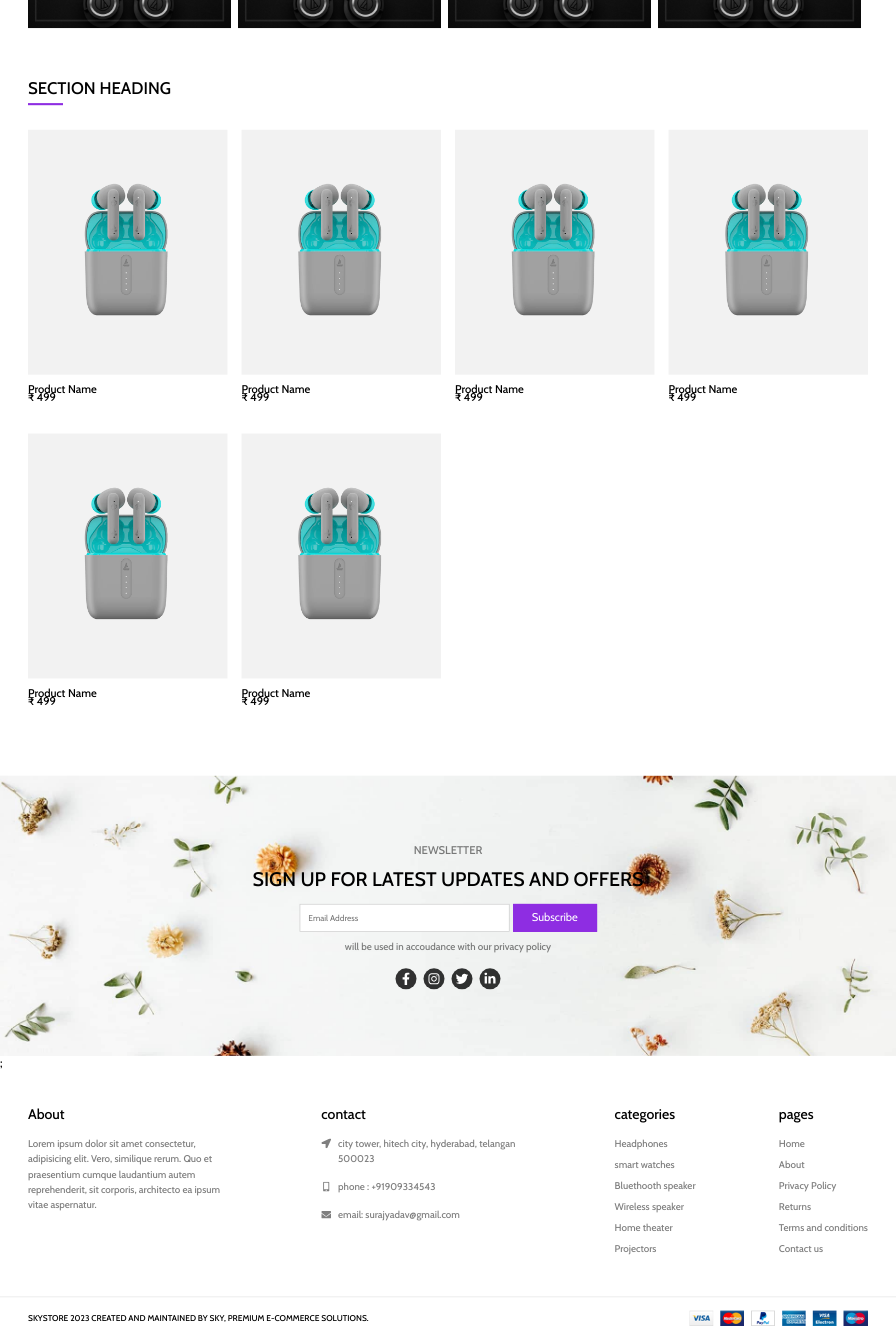
Repository: suraj-yadav7/ecommerce
Page: /
These files come from the project's save history. The page is drawn as it stood at one moment and after the next save; the edit follows.
The browser window is 1280 px wide. The pictures show the part of the page from y = 855 to 2775 px (the page is 2769 px tall before and 2775 px after), at 70% of full size.
The project was rebuilt for these pictures with package versions that can differ from the ones it lists, and the page was loaded fresh each time. Also part of the build but not shown: src/components/Category/Category.scss, src/components/Category/Category.jsx, src/components/SingleProduct/SingleProduct.scss, src/components/SingleProduct/SingleProduct.jsx, src/App.scss, src/components/Header/Search/Search.scss, src/components/Header/Search/Search.jsx, src/components/Cart/Cart.scss and 1 more.

Above is the page before, as saved 2023-06-19 12:00:44.

### src/index.jsx
import React from 'react';
import ReactDOM from 'react-dom/client';
import './index.scss';
import App from './App';
import { Provider } from 'react-redux';
import store from './store/store';

const root = ReactDOM.createRoot(document.getElementById('root'));
root.render(
<Provider store={store}>
    <App />
</Provider>
);

### src/App.jsx
import React from 'react';
import { BrowserRouter as Router, Routes, Route } from 'react-router-dom';
import Home from "./components/Home/Home"
import Category from "./components/Category/Category"
import SingleProduct from "./components/SingleProduct/SingleProduct"
import './App.scss';
import Header from './components/Header/Header';
import Footer from './components/Footer/Footer';
import Newsletter from './components/Footer/Newsletter/Newsletter';

function App() {
  return (
   <>
   <Router>
    <Header/>
    <Routes>
        <Route exact path="/" element={<Home/>} />
        <Route exact path="/category/:id" element={<Category/>} />
        <Route exact path="/product/:id" element={<SingleProduct/>} />
    </Routes>
    <Newsletter/>
    <Footer />
   </Router>
   </>
  );
}

export default App;

### src/store/store.jsx
import { configureStore } from "@reduxjs/toolkit";
import productSlice from "./slices/productSlice";


const store = configureStore({
    reducer:{
        product:productSlice
    }
})

export default store;

### src/components/Home/Home.jsx
import { useDispatch, useSelector } from "react-redux";
import "./Home.scss";
import { addElement } from "../../store/slices/productSlice";
import Banner from "./Banner/Banner";
import Category from "../Home/Category/Category";
import Products from "../Products/Products";


const Home = () => {
    const dispatch = useDispatch()
    const data = useSelector((state) => state.product.data)
    return (
        <>
            <div className="home">
                <Banner />
                <div className="main-content">
                    <div className="layout">
                        <Category />
                        <Products />
                    </div>
                </div>
            </div>
        </>

    )
};

export default Home;

### src/components/Header/Header.jsx
import "./Header.scss";
import Search from "./Search/Search"
import Cart from "../Cart/Cart"
import { TbSearch } from "react-icons/tb"
import { CgShoppingCart } from "react-icons/cg"
import { AiOutlineHeart } from "react-icons/ai"
import "./Header.scss"
import { useEffect, useState } from "react";

const Header = () => {
    const [scrollVal, setScrollVal] = useState(false)
    const handleScroll = ()=>{
        const offset = window.scrollY;
        console.log(offset)
        if(offset > 200){
            setScrollVal(true)
        }
        else{
            setScrollVal(false)
        }
    }
    useEffect(()=>{
        window.addEventListener("scroll", handleScroll)
    },[])

    return (
        <>
            <header className={`main-header ${scrollVal? "sticky-header":""}`}>
                <div className="header-content">
                    <ul className="left" >
                        <li>Home</li>
                        <li>About</li>
                        <li>Categories</li>
                    </ul>
                    <div className="center"> SKY STORE</div>
                    <div className="right">
                        <TbSearch />
                        <AiOutlineHeart />
                        <span className="cart-icon">
                            <CgShoppingCart />1
                        </span>
                    </div>
                </div >
            </header >
        </>
    )
};

export default Header;

### src/components/Footer/Newsletter/Newsletter.jsx
import React from "react";
import {
    FaFacebookF,
    FaTwitter,
    FaInstagram,
    FaLinkedinIn,
} from "react-icons/fa";
import "./Newsletter.scss"

const Newsletter = () => {
    return (
    <>
        <div className="newsletter-section">
            <div className="newsletter-content">
                <span className="small-text" >Newsletter</span>
                <span className="big-text"> Sign up for latest updates and offers</span>
                <div className="form">
                    <input type="text" placeholder="Email Address" />
                    <button className="btn-sub">Subscribe</button>
                </div>
                <div className="text">will be used in accoudance with our privacy policy </div>
                <div className="social-icons">
                    <div className="icon">
                        <FaFacebookF size={18} />
                    </div>
                    <div className="icon">
                        <FaInstagram size={18} />
                    </div>
                    <div className="icon">
                        <FaTwitter size={18} />
                    </div>
                    <div className="icon">
                        <FaLinkedinIn size={18} />
                    </div>

                </div>
            </div>
        </div>;
    </>
    )
};
export default Newsletter;

### src/store/slices/productSlice.jsx
import { createSlice } from "@reduxjs/toolkit";

const productSlice = createSlice({
    name:"productSlice",
    initialState:{
        data:["lg", "sansung", "onida"],
        loading:false,
        error:null
    },

    reducers:{
        addElement:(state, action)=>{
            state.data.push(action.payload)
        },

    },

    extraReducers:{

    }


})

export default productSlice.reducer

export const {addElement}= productSlice.actions;

### src/components/Home/Home.scss
@import "../../css-config/mixins.scss";

.main-content{
    max-width: calc(100% - 20px);
    margin: 0 auto;
    @include md{
        max-width: 1200px;
    }
}

### src/components/Home/Banner/Banner.jsx
import "./Banner.scss";
import BannerImg from '../../../assets/banner-img.png'
const Banner = () => {
    return(
        <>
        <div className="hero-banner">
            <div className="content">
                <div className="text-content">
                    <h1>Sales</h1>
                    <p>Lorem ipsum dolor sit, amet consectetur adipisicing elit. Eligendi enim esse voluptas placeat voluptatem sint reiciendis. Adipisci vitae error id tempora animi dolorem? Debitis sapiente ea a facilis nostrum voluptates sint ut vitae possimus quae?</p>
                    <div className="ctas">
                        <div className="banner-cta">Read More</div>
                        <div className="banner-cta v2">Shop now</div>
                    </div>
                </div>
                <img src={BannerImg}className="banner-img" alt="banner-img"></img>
            </div>

        </div>

        </>
)
};

export default Banner;

### src/components/Home/Category/Category.jsx
import React from "react";
import cart1 from "../../../assets/category/cat-1.jpg"
import "./Category.scss";
const Category = () => {
    return (
    <>
        <div className="shop-by-category">
            <div className="categories">
                <div className="category">
                    <img src={cart1} alt=""/>
                </div>
                <div className="category">
                    <img src={cart1} alt=""/>
                </div>
                <div className="category">
                    <img src={cart1} alt=""/>
                </div>

                <div className="category">
                    <img src={cart1} alt=""/>
                </div>
            </div>

        </div>

    </>
    )
};

export default Category;

### src/components/Products/Products.jsx
import React from "react";
import Product from "./Product/Product"
import "./Products.scss";
const Products = () => {
    return (
        <>
        <div className="products-container">
            <div className="sec-heading">section heading</div>
            <div className="products">
                <Product />
                <Product />
                <Product />
                <Product />
                <Product />
                <Product />
            </div>
        </div>
        </>
        )
};

export default Products;

### src/components/Header/Header.scss
@import "../../css-config/mixins.scss";

.main-header {
    width: 100%;
    padding: 0 20px;
    background-color: #212121;
    color: white;
    border-bottom: 1px solid rgba(0, 0, 0, 0.1);
    z-index: 99;
    @include md {
        padding: 0 40px;
    }

    .header-content {
        display: flex;
        justify-content: space-between;
        align-items: center;
        height: 50px;
        max-width: 95%;
        margin: 0 auto;

        @include md {
            height: 60px;
        }

        .left {
            list-style-type: none;
            display: none;
            gap: 25px;

            @include md {
                display: flex;
            }

            li {
                font-size: 14px;
                font-weight: 600;
                text-transform: uppercase;
                cursor: pointer;
            }
        }

        •center {
            font-size: 22px;
            font-weight: 700;
            cursor: pointer;

            @include md {
                font-size: 33px;
                position: absolute;
                left: 50%;
                transform: translateX(-50%);
            }
        }

        .right {
            display: flex;
            align-items: center;
            gap: 20px;

            @include md {
                gap: 25px;
            }

            svg {
                font-size: 20px;
                cursor: pointer;

                @include md {
                    font-size: 24px;
                }
            }

            .cart-icon {
                position: relative;

                span {
                    min-width: 20px;
                    text-align: center;
                    background-color: #8e2de2;
                    padding: 2.5px;
                    position: absolute;
                    top: -5px;
                    right: -12px;
                    font-size: 12px;
                    line-height: 1;
                    border-radius: 10px;

                }
            }
        }

    }

    &.sticky-header{
        position: sticky;
        top:0;
        transform: translateY(-60);
        animation: stickyHeader 0.3s ease forwards;
    }
}

@keyframes stickyHeader{
    0%{
        transform: translateY(-60px);
    }
    100%{
        transform: translateY(0);
    }
}

### src/components/Footer/Footer.scss
@import "../../css-config/mixins.scss";

.footer {
    width: 100%;

    .footer-content {
        padding: 50px 20px;
        max-width: 1200px;
        margin: 0 auto;
        display: flex;
        flex-flow: wrap;
        gap: 20px;

        @include md {
            justify-content: space-between;
            padding: 50px 0;
        }

        .col {
            max-width: 300px;

            .title {
                margin-bottom: 20px;
                font-size: 20px;
            }

            .text {
                color: rgb(0, 0, 0, 0.5);
                font-size: 14px;
                margin-bottom: 8px;
            }

            .c-item {
                display: flex;
                margin-bottom: 10px;

                svg {
                    flex-shrink: 0;
                    font-size: 14px;
                    margin-right: 10px;
                    margin-top: 4px;
                    color: rgb(0, 0, 0, 0.5);

                }
            }
        }
    }

    .bottom-bar {
        border-top: 1px solid rgba(0, 0, 0, 0.1);
        .bottom-bar-content {
            padding: 20px;
            display: flex;
            align-items: center;
            flex-direction: column;
            text-align: center;
            gap: 10px;
            @include md {
                padding: 0;
                height: 60px;
                max-width: 1200px;
                margin: 0 auto;
                flex-direction: row;
                justify-content: space-between;
                text-align: left;
            }
            .text {
                font-size: 12px;
                color: Orgba (0, 0, 0, 0.5);
            }
        }
    }
}

### src/components/Footer/Newsletter/Newsletter.scss
@import "../../../css-config/mixins.scss";

.newsletter-section {
    width: 100%;
    height: 400px;
    display: flex;
    align-items: center;
    background: #f9f9f9 url("../../../assets/newsletter-bg.jpeg");
    background-position: center;
    background-repeat: no-repeat;
    background-size: cover;

    .newsletter-content {
        width: fit-content;
        display: flex;
        flex-direction: column;
        align-items: center;
        margin: 0 auto;
        text-align: center;

        .small-text {
            margin-bottom: 15px;
            text-transform: uppercase;
            color: rgba(0, 0, 0, 0.5);
        }

        .big-text {
            margin-bottom: 20px;
            font-size: 22px;
            line-height: 30px;
            font-weight: 500;
            text-transform: uppercase;
            padding: 0 30px;

            @include md {
                font-size: 28px;
            }
        }

        .form {
            display: flex;
            gap: 05px;
            margin-bottom: 10px;

            .btn-sub {
                outline: 0;
                border: 0;
                height: 40px;
                width: 100px;
                display: flex;
                align-items: center;
                justify-content: center;
                cursor: pointer;
                font-size: 16px;
                color: white;
                background-color: #8e2de2;
                border: 3px solid #8e2de2;

                @include md {
                    width: 120px;
                }
            }

            input {
                width: 200px;
                height: 40px;
                border-radius: 0;
                border: 1px solid rgba(0, 0, 0, 0.2);
                padding: 0 12px;
                font-size: 12px;
                outline: none;

                @include md {
                    width: 300px;
                }

            }


        }

        .text {
            margin-bottom: 20px;
            font-size: 14px;
            color: rgb(0, 0, 0, 0.5);
        }

        .social-icons {
            display: flex;
            gap: 10px;
            .icon {
                width: 30px;
                height: 30px;
                background-color: rgba(0, 0, 0, 0.8);
                border-radius: 50%;
                color: white;
                display: flex;
                justify-content: center;
                align-items: center;
            }
        }

        }
    }

### src/components/Home/Banner/Banner.scss
@import "../../../css-config/mixins.scss";

.hero-banner {
    padding: 40px 0;
    position: relative;
    background-image: linear-gradient(to right, #8e2de2, #4a00ed);
    @include md {
    height: calc(100vh - 80px) ;
    }
    .content{
    height: 100%;
    display: flex;
    justify-content: flex-end;
    align-items: center;
    flex-direction: column-reverse;
    max-width: calc(100% - 20px);
    margin: 0 auto;
    position: relative;
    @include md {
    flex-direction: row;
    max-width: 1200px;
    }
    .banner-img {
        position: relative;
        z-index: 9;
        width: 200px;
        margin-bottom: 20px;
        @include md{
            width: 450px;
            margin-right: 0px;
            margin-top: 0px;
            margin-bottom: 0;
        }
        @include xxl {
        width: 600px;
        margin-right: 0;
        margin-top: 0;
    }
    }
    .text-content {
        color: white;
        text-align: center;
        display: flex;
        flex-direction: column;
        align-items: center;
        @include md {
        position: absolute;
        left: 50px;
        top: 50%;
        transform: translateY(-50%) ;
        }
        @include xxl {
        left: 0;
        }
        h1{
            font-size: 80px;
            font-weight: 700;
            line-height: 1;
            margin-bottom: 20px;
            @include md{
                font-size: 150px;
            }
        }

        p{
            max-width: 300px;
            font-size: 14px;
            list-style: 20px;
            margin-bottom: 20px;
            @include md{
                max-width: 500px;
                font-size: 18px;
                line-height: 22px;
                margin-bottom: 40px;
            }
        }
        .ctas{
            display: flex;
            justify-content: center;
            gap: 20px;
            .banner-cta{
                text-transform: uppercase;
                font-size: 12px;
                font-weight: 500;
                width: fit-content;
                border: 2px solid white;
                padding: 10px 20px;
                cursor: pointer;
                &.v2{
                    background-color: white;
                    color: black;

                }
                &:hover{
                    opacity: 0.6;
                }
            }
        }
     }
    }
 }

### src/components/Home/Category/Category.scss
@import "../../../css-config/mixins.scss";

.shop-by-category {
    margin: 25px 0;
    @include md {
        margin: 50px 0;
    }
    .categories {
        display: flex;
        flex-flow: wrap;
        gap: 10px;
        .category {
            background-color: Oblack;
            width: calc(50% - 5px);
            cursor: pointer;
            overflow: hidden;
            @include md {
                width: calc(25% - 10px);
            }
            img {
                width: 100%;
                display: block;
                transition: all ease 0.3s;

            }
            &:hover{
                img{
                    transform: scale(1.2)
                }
            }
        }
    }
}

### src/components/Products/Product/Product.jsx
import React from "react";
import prod from "../../../assets/products/earbuds-prod-1.webp"
import "./Product.scss";
const Product = () => {
    return(
        <>
        <div className="product-card">
            <div className="thumbnail">
                <img src={prod} alt="" />
            </div>
            <div className="prod-details">
                <span className="name">Product Name</span>
                <span className="price">&#8377; 499</span>
            </div>
        </div>
         </>
    )
};

export default Product;

### src/components/Products/Products.scss
@import "../../css-config/mixins.scss";

.products-container {
    margin: 50px 0;
    @include md {
        margin: 75px 0;
    }
    .sec-heading {
        margin-bottom: 20px;
        font-size: 18px;
        font-weight: 500;
        text-transform: uppercase;
        @include md {
            margin-bottom: 35px;
            font-size: 24px;
        }
        &:after {
            content: "";
            display: block;
            margin-top: 5px;
            width: 50px;
            height: 3px;
            background-color: #8e2de2;
            @include md{
                margin-top: 10px;
            }
        }
    }
    .products{
        display: flex;
        flex-flow: wrap;
        gap: 10px;
        @include md{
            gap: 20px
        }
    }
}

### src/components/Products/Product/Product.scss
@import "../../../css-config/mixins.scss";

.product-card {
    width: calc(50% - 5px);
    margin-bottom: 20px;
    @include md {
        width: calc(25% - 15px);
    }
    .thumbnail {
        width: 100%;
        height: 180px;
        background-color: rgba(0, 0, 0, 0.05);
        margin-bottom: 10px;
        padding: 25px;
        display: flex;
        align-items: center;
        @include md {
            height: 350px;
        }
        img{
            transition: all ease 0.3s;
            display: block;
            width: 100%;
        }

    }
    .prod-details{
        .name{
            font-size: 14px;
            display: block;
            text-overflow: ellipsis;
            white-space: nowrap;
            overflow: hidden;
            @include md{
                font-size: 16px;
                margin-bottom: -10px;
            }
        }
        .price{
            font-size: 16px;
        }
    }
}

Loaded but not shown: public/index.html (common file); src/index.scss (common file); src/css-config/mixins.scss (common file); src/components/Footer/Footer.jsx (59 lines, source omitted)

After the next save:
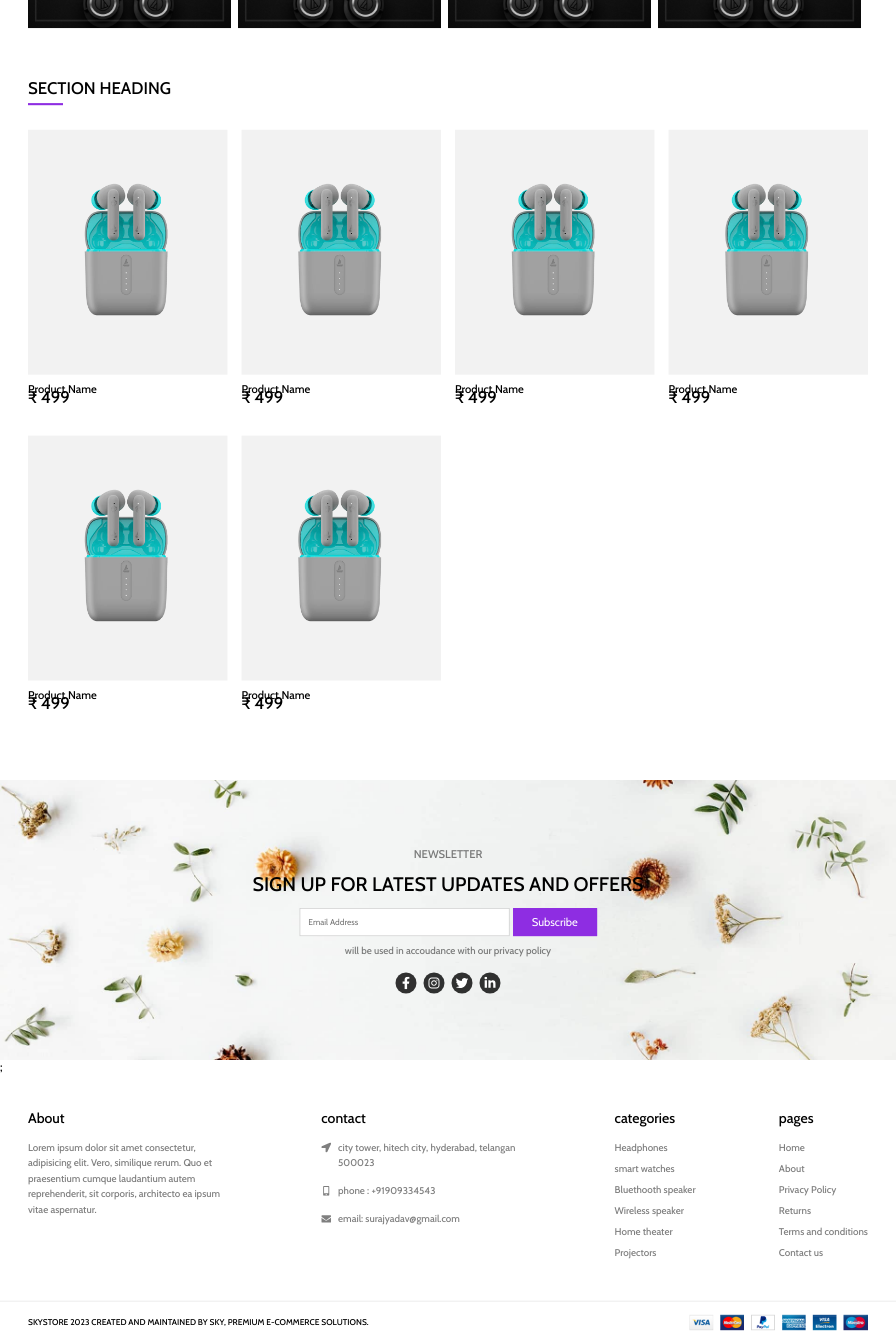
Saved 32 s later.
--- a/src/components/Products/Product/Product.scss
+++ b/src/components/Products/Product/Product.scss
@@ -37,7 +37,10 @@
             }
         }
         .price{
-            font-size: 16px;
+            font-size: 18px;
+            @include md{
+                font-size: 24px;
+            }
         }
     }
 }
